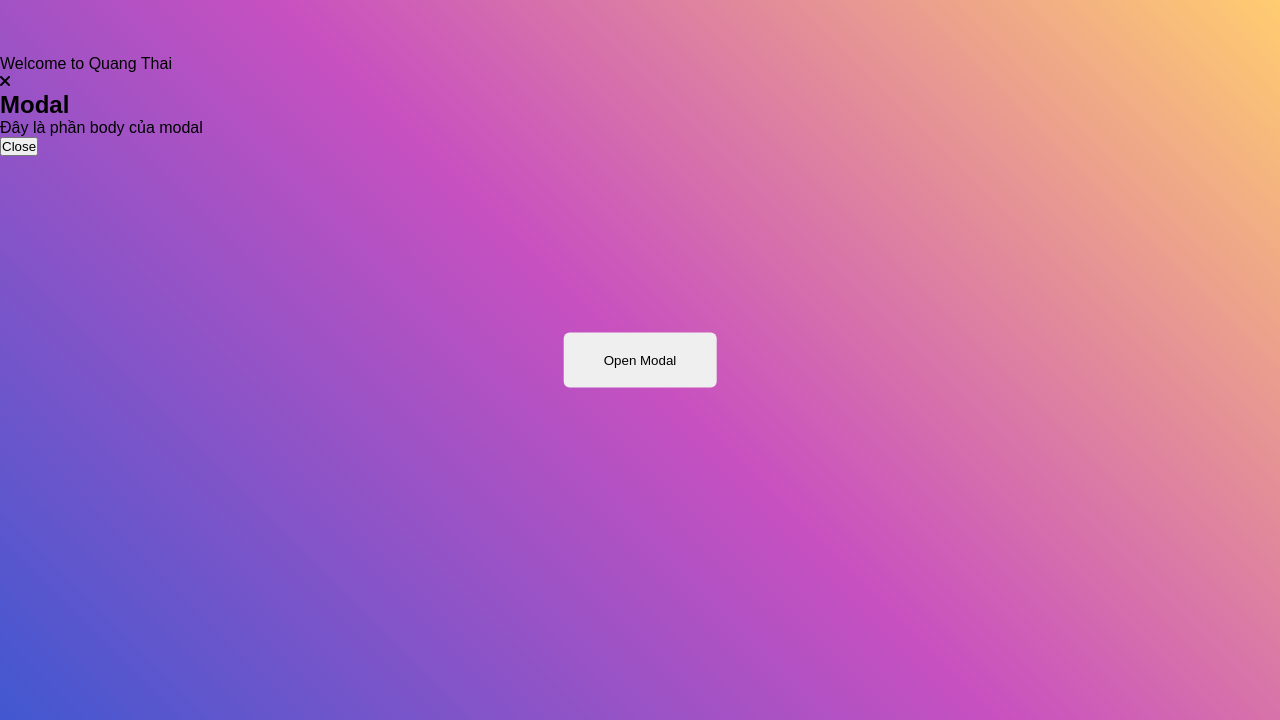
Repository: QUANGTHAI2003/modal
Page: index.html
An editor plug-in stored every save of this project. The page is shown before and after the next save, followed by the edit.
The browser window is 1280 px wide. The pictures show the whole page.

Above is the page before, as saved 2022-02-28 21:36:32.

### index.html
<!DOCTYPE html>
<html lang="en">

<head>
    <meta charset="UTF-8">
    <meta http-equiv="X-UA-Compatible" content="IE=edge">
    <meta name="viewport" content="width=device-width, initial-scale=1.0">
    <title>Modal show</title>
    <link rel="stylesheet" href="https://cdnjs.cloudflare.com/ajax/libs/font-awesome/6.0.0/css/all.min.css">
    <link rel="stylesheet" href="./style.css">
</head>

<body>
    <button class="open-modal-btn">Open Modal</button>
    <div class="modal">
        <div class="modal_inner">
            <div class="modal__header">
                <p>Welcome to Quang Thai</p>
                <i class="fas fa-times"></i>
            </div>
            <div class="modal__body">
                <h2>Modal</h2>
                <p>Đây là phần body của modal</p>
            </div>
            <div class="modal__footer">
                <button>Close</button>
            </div>
        </div>
    </div>
    <script src="./app.js"></script>
</body>

</html>

### style.css
* {
    margin: 0;
    padding: 0;
    box-sizing: border-box;
}

body {
    height: 100vh;
    overflow: hidden;
    font-family: sans-serif;
    background-image: linear-gradient(
        45deg,
        rgb(65, 88, 208) 0%,
        rgb(200, 80, 192) 50%,
        rgb(255, 204, 112) 100%
    );
}

.open-modal-btn {
    padding: 20px 40px;
    border: none;
    outline: none;
    border-radius: 6px;
    display: inline-block;
    position: relative;
    top: 50%;
    left: 50%;
    transform: translate(-50%, -50%);
}

Loaded but not shown: app.js (no stored copy; drawn as an empty file)

After the next save:
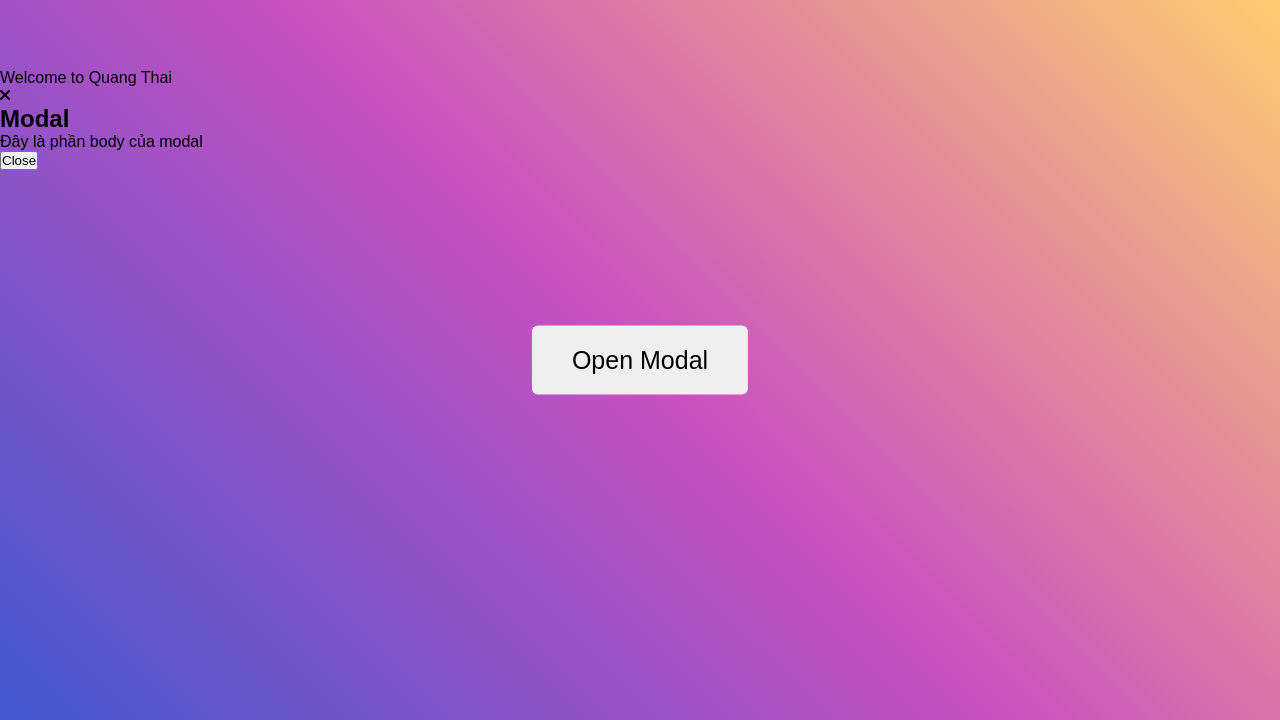
Saved 9 s later.
--- a/style.css
+++ b/style.css
@@ -26,4 +26,5 @@ body {
     top: 50%;
     left: 50%;
     transform: translate(-50%, -50%);
+    font-size: 25px;
 }
